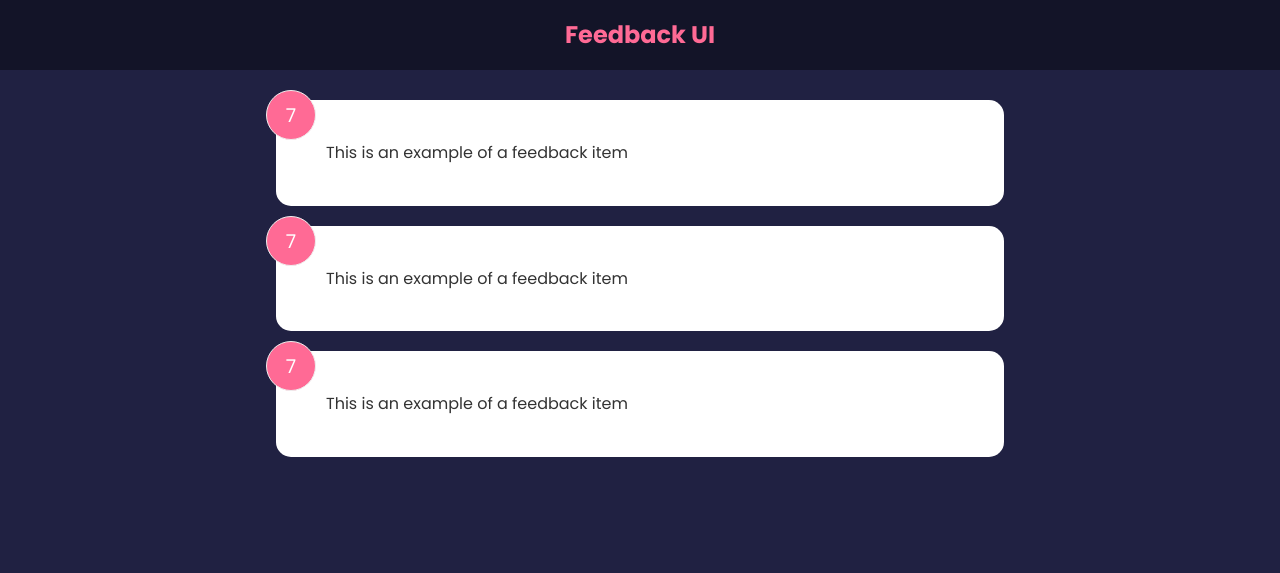
Repository: minhtien9/Feedback_App
Page: /
The author's editor kept a copy of each file at every save. The page is drawn from the files as they stood at one save, then again after a run of saves.
The browser window is 1280 px wide. The pictures show the whole page.
The project was rebuilt for these pictures with package versions that can differ from the ones it lists, and the page was loaded fresh each time.

Above is the page before, as saved 2022-02-17 18:14:58.

After the next 2 saves:
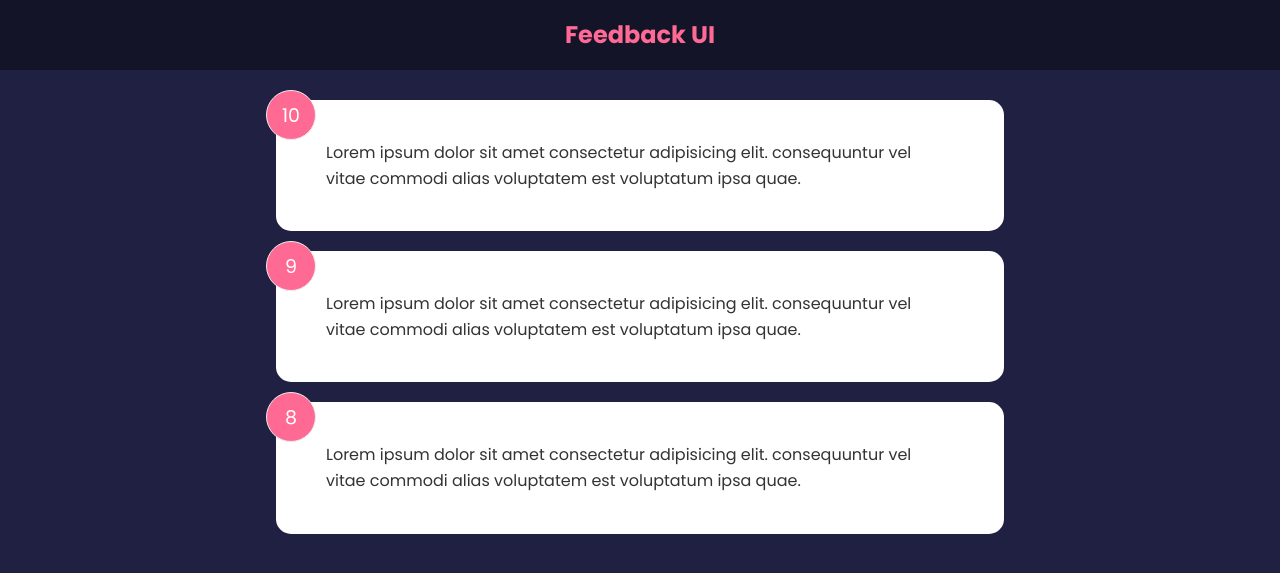
The 2 saves are shown as one change because 1 did not build or start.
The last was saved 18 s later.
--- a/src/components/FeedbackItem.jsx
+++ b/src/components/FeedbackItem.jsx
@@ -1,16 +1,11 @@
-import React, { useState } from 'react'
-import PropTypes from 'prop-types'
-
 FeedbackItem.propTypes = {}
 
 function FeedbackItem({ item }) {
-    const [rating, setRating] = useState(7)
-    const [text, setText] = useState('This is an example of a feedback item')
     return (
         <div>
             <div className='card'>
-                <div className='num-display'>{rating}</div>
-                <div className='text-display'>{text}</div>
+                <div className='num-display'>{item.rating}</div>
+                <div className='text-display'>{item.text}</div>
             </div>
         </div>
     )
